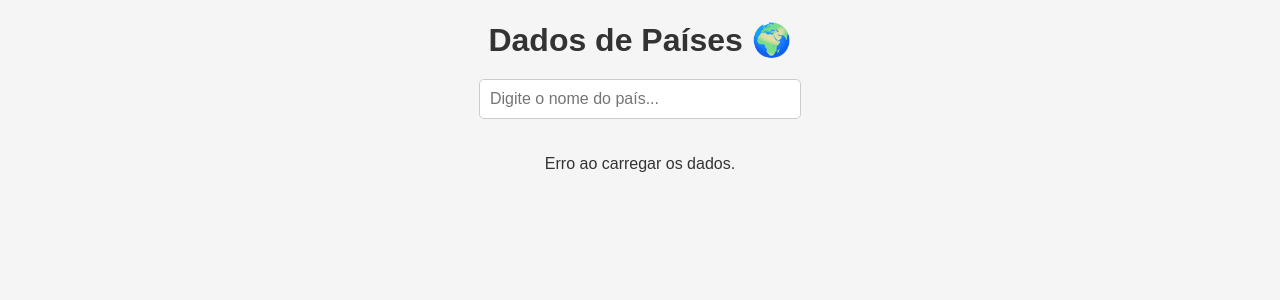
Repository: Wbyh7z/procurador-de-pa-s
Page: index.html
The author's editor kept a copy of each file at every save. The page is drawn from the files as they stood at one save, then again after the next save.
The browser window is 1280 px wide. The pictures show the whole page.
The page's requests for data from a server got no answer.

Above is the page before, as saved 2025-08-11 01:57:39.

After the next save:
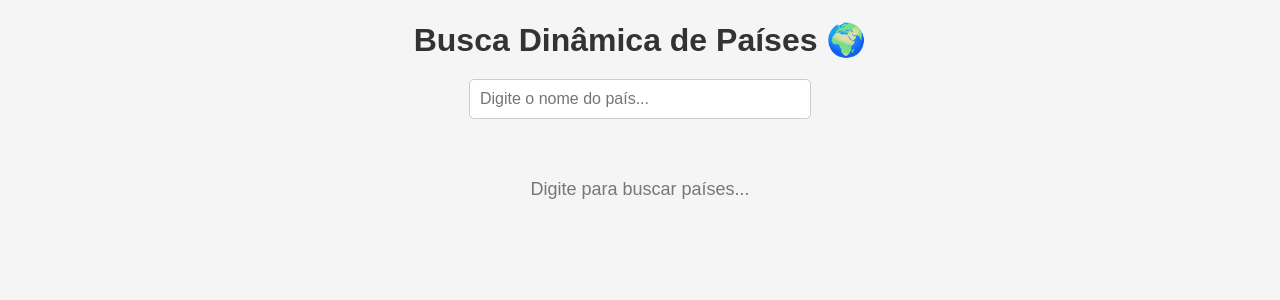
Saved 73 s later.
--- a/index.html
+++ b/index.html
@@ -2,7 +2,7 @@
 <html lang="pt-BR">
 <head>
   <meta charset="UTF-8" />
-  <title>App Dados de Países</title>
+  <title>Busca Dinâmica Países 🌍</title>
   <style>
     body {
       font-family: Arial, sans-serif;
@@ -18,7 +18,7 @@
       display: block;
       margin: 0 auto 20px auto;
       padding: 10px;
-      width: 300px;
+      width: 320px;
       font-size: 16px;
       border-radius: 5px;
       border: 1px solid #ccc;
@@ -28,6 +28,7 @@
       flex-wrap: wrap;
       justify-content: center;
       gap: 15px;
+      min-height: 200px;
     }
     .country-card {
       background: white;
@@ -71,52 +72,45 @@
 </head>
 <body>
 
-  <h1>Dados de Países 🌍</h1>
-  <input type="text" id="search" placeholder="Digite o nome do país..." />
+  <h1>Busca Dinâmica de Países 🌍</h1>
+  <input type="text" id="search" placeholder="Digite o nome do país..." autocomplete="off" />
 
   <div id="countries-list">
-    <div class="loading">Carregando países...</div>
+    <div class="loading">Digite para buscar países...</div>
   </div>
 
   <script>
     const countriesList = document.getElementById('countries-list');
     const searchInput = document.getElementById('search');
-    let countries = [];
+    let debounceTimeout;
 
-    // Função para normalizar texto: tira acentos, deixa minúsculo e remove espaços extras
+    // Normaliza texto (remove acento, caixa, espaços)
     function normalizeText(text) {
-      return text
-        .normalize("NFD")                   // separa os acentos
-        .replace(/[\u0300-\u036f]/g, "")   // remove acentos
-        .toLowerCase()
-        .trim();
+      return text.normalize("NFD").replace(/[\u0300-\u036f]/g, "").toLowerCase().trim();
     }
 
-    // Buscar todos os países da API
-    fetch('https://restcountries.com/v3.1/all')
-      .then(response => response.json())
-      .then(data => {
-        countries = data.sort((a, b) => a.name.common.localeCompare(b.name.common));
-        renderCountries(countries);
-      })
-      .catch(err => {
-        countriesList.innerHTML = '<p>Erro ao carregar os dados.</p>';
-        console.error(err);
-      });
+    // Faz busca na API REST Countries pelo nome
+    function fetchCountries(query) {
+      countriesList.innerHTML = '<div class="loading">Buscando...</div>';
+      fetch(`https://restcountries.com/v3.1/name/${encodeURIComponent(query)}?fields=name,capital,flags,population,region`)
+        .then(res => {
+          if(!res.ok) throw new Error('Nenhum país encontrado');
+          return res.json();
+        })
+        .then(data => {
+          renderCountries(data);
+        })
+        .catch(() => {
+          countriesList.innerHTML = '<div class="no-results">Nenhum país encontrado 😕</div>';
+        });
+    }
 
-    // Renderiza a lista de países
+    // Renderiza países na tela
     function renderCountries(list) {
-      if(list.length === 0) {
-        countriesList.innerHTML = '<div class="no-results">Nenhum país encontrado 😕</div>';
-        return;
-      }
-
       countriesList.innerHTML = '';
-
       list.forEach(country => {
         const card = document.createElement('div');
         card.classList.add('country-card');
-
         card.innerHTML = `
           <img class="flag" src="${country.flags.svg}" alt="Bandeira de ${country.name.common}" />
           <div class="country-name">${country.name.common}</div>
@@ -124,28 +118,24 @@
           <div class="country-info">População: ${country.population.toLocaleString('pt-BR')}</div>
           <div class="country-info">Região: ${country.region}</div>
         `;
-
         countriesList.appendChild(card);
       });
     }
 
-    // Filtrar países enquanto digita, usando normalização
+    // Evento input com debounce para não chamar API a cada tecla digitada
     searchInput.addEventListener('input', () => {
-      const searchTerm = normalizeText(searchInput.value);
+      const query = normalizeText(searchInput.value);
 
-      if (!searchTerm) {
-        // Se não digitar nada, mostra todos
-        renderCountries(countries);
+      clearTimeout(debounceTimeout);
+
+      if(query.length < 2) {
+        countriesList.innerHTML = '<div class="loading">Digite pelo menos 2 caracteres para buscar.</div>';
         return;
       }
 
-      const filtered = countries.filter(country => {
-        const countryName = normalizeText(country.name.common);
-        const capital = country.capital ? normalizeText(country.capital[0]) : '';
-        return countryName.includes(searchTerm) || capital.includes(searchTerm);
-      });
-
-      renderCountries(filtered);
+      debounceTimeout = setTimeout(() => {
+        fetchCountries(query);
+      }, 400); // espera 400ms após parar de digitar pra buscar
     });
   </script>
 
